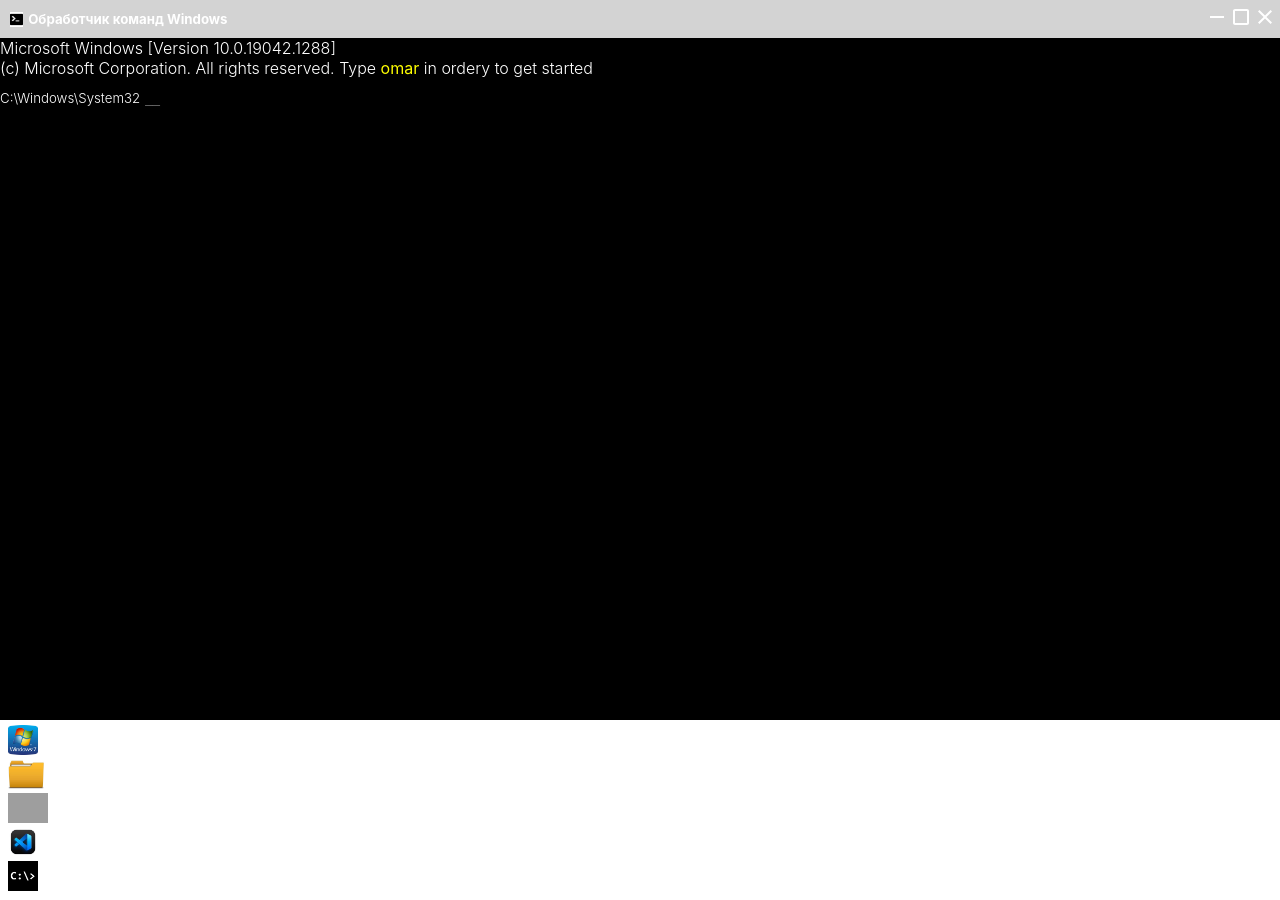
Repository: om1ars/cmd-port
Page: /
The author's editor kept a copy of each file at every save. The page is drawn from the files as they stood at one save, then again after a run of saves.
The browser window is 1280 px wide. The pictures show the whole page.
Pictures or frames that could not be fetched are drawn as grey boxes. The project was rebuilt for these pictures with package versions that can differ from the ones it lists, and the page was loaded fresh each time. Also part of the build but not shown: src/Footer.js.

Above is the page before, as saved 2021-11-04 17:14:52.

After the next 4 saves:
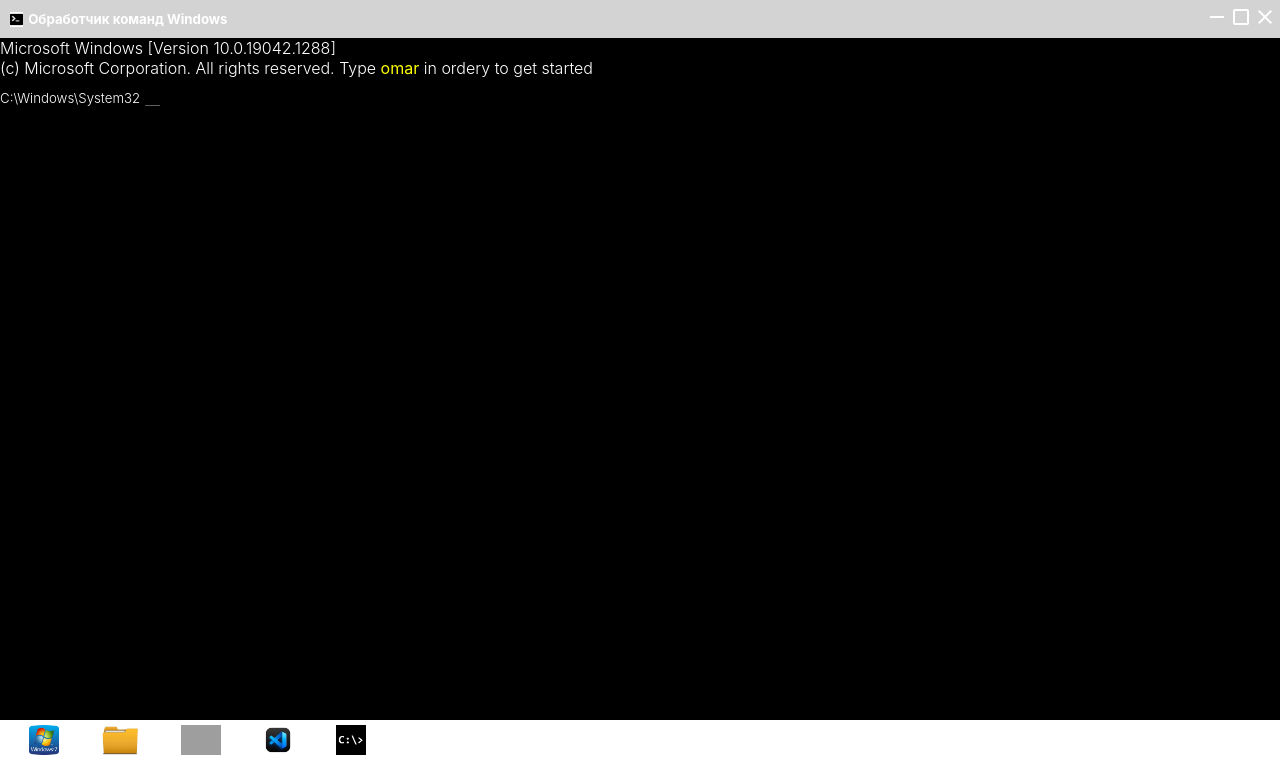
The 4 saves are shown as one change because they came seconds apart.
The last was saved 10 s later.
--- a/src/styles.css
+++ b/src/styles.css
@@ -93,12 +93,9 @@
   display: flex;
   justify-content: space-between;
   align-items: center;
-  position: relative;
-  bottom: 0;
   padding: 5px 8px;
 }
-: 0;
-}
+
 .icons {
   display: flex;
   align-items: center;
